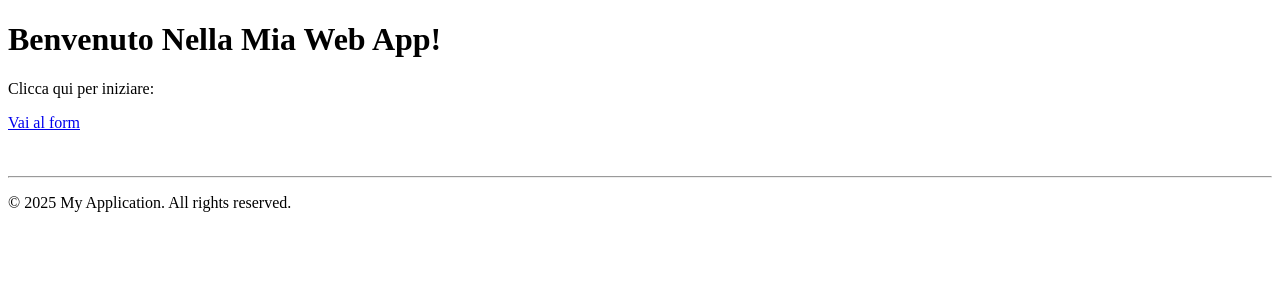
Repository: PcarloP/java_se
Page: http://localhost/anagraficaweb/jsp/home.jsp
The author's editor kept a copy of each file at every save. The page is drawn from the files as they stood at one save, then again after the next save.
The browser window is 1280 px wide. The pictures show the whole page.
The page is served by Tomcat 10.

Above is the page before, as saved 2025-06-22 22:53:55.

After the next save:
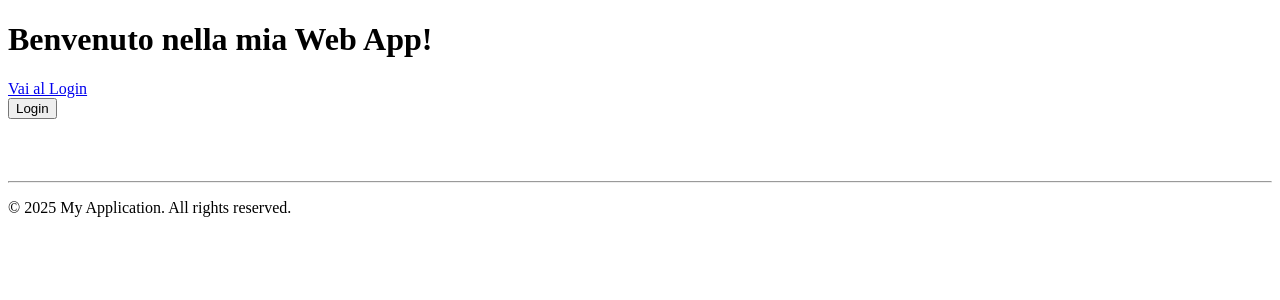
Saved 8 h 8 min later.
--- a/anagraficaweb/WebContent/jsp/home.jsp
+++ b/anagraficaweb/WebContent/jsp/home.jsp
@@ -7,15 +7,12 @@
  <body>
 
 
-
-    <h1>Benvenuto Nella Mia Web App!</h1>
-
-    <p>Clicca qui per iniziare:</p>
-
-    <a href="jsp/login.jsp">Vai al form</a>
-
-
-
+  <div class="card">
+    <h1>Benvenuto nella mia Web App!</h1>
+    <a href="home.jsp">Vai al Login</a>
+    <br />
+    <button onclick="window.location.href='home.jsp'">Login</button>
+  </div>
   <br>
   <br>
   <br>
